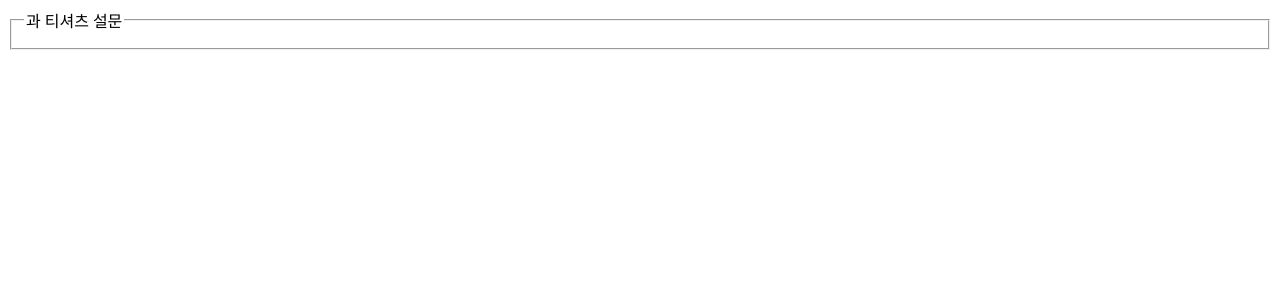
Repository: ygs3004/StudyHTML_CSS
Page: web project 01/src/main/webapp/chapter05/exam05_07.html
These files come from the project's save history. The page is drawn as it stood at one moment and after a run of saves; the edit follows.
The browser window is 1280 px wide. The pictures show the whole page.

Above is the page before, as saved 2022-08-05 05:29:57.

### web project 01/src/main/webapp/chapter05/exam05_07.html
<!DOCTYPE html>
<html>
<head>
<meta charset="UTF-8">
<title>Insert title here</title>
</head>
<body>
<fieldset>
<legend>과 티셔츠 설문</legend>
</fieldset>
</body>
</html>

After the next 2 saves:
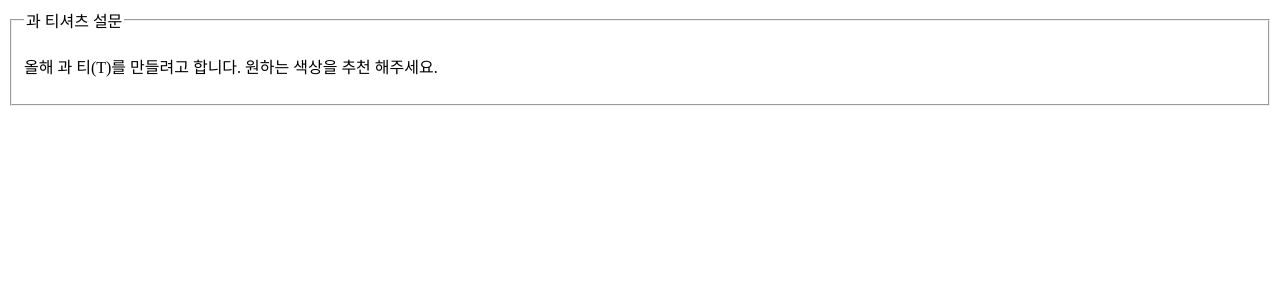
The 2 saves are shown as one change because they came seconds apart.
The last was saved 26 s later.
--- a/web project 01/src/main/webapp/chapter05/exam05_07.html
+++ b/web project 01/src/main/webapp/chapter05/exam05_07.html
@@ -7,6 +7,7 @@
 <body>
 <fieldset>
 <legend>과 티셔츠 설문</legend>
+<p>올해 과 티(T)를 만들려고 합니다. 원하는 색상을 추천 해주세요.</p>
 </fieldset>
 </body>
 </html>
